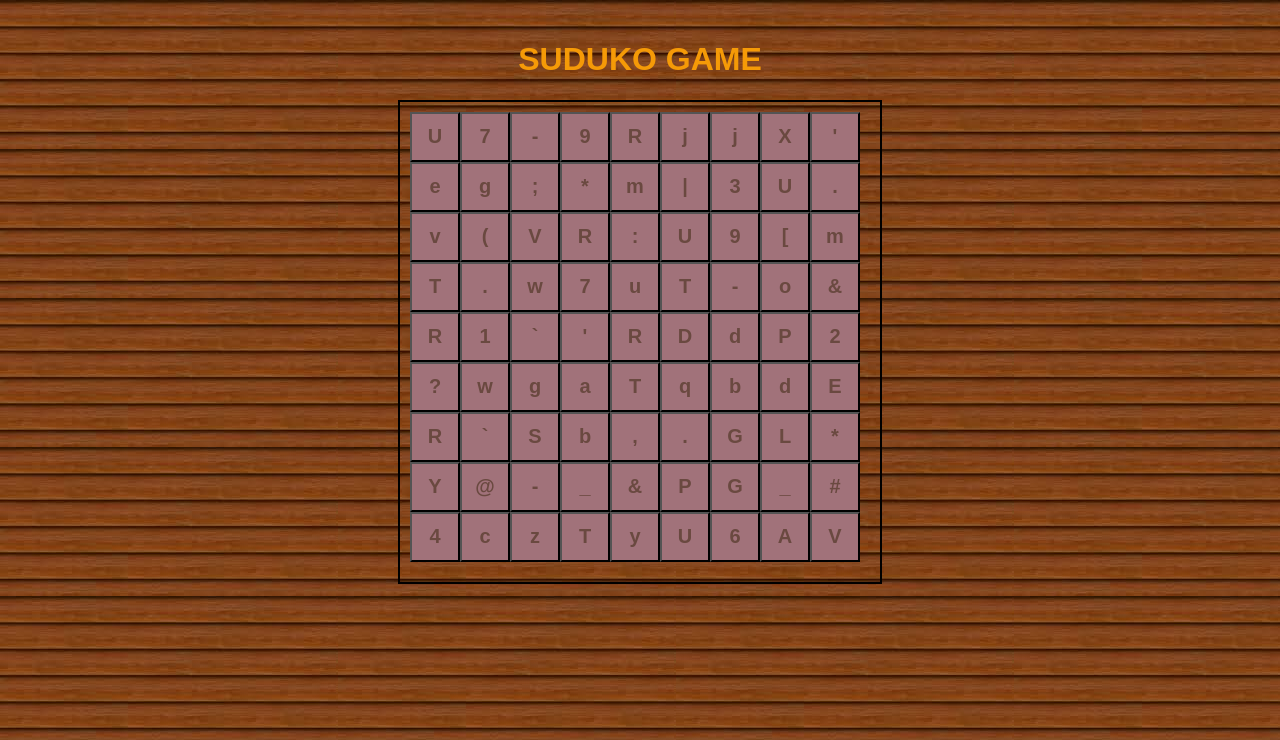
Repository: ahmad8969/Suduko-Game-React-App
Page: /
These files come from the project's save history. The page is drawn as it stood at one moment and after the next save; the edit follows.
The browser window is 1280 px wide. The pictures show the whole page.
Some web fonts or font styles are not loaded; a fallback is used. The project was rebuilt for these pictures with package versions that can differ from the ones it lists, and the page was loaded fresh each time.

Above is the page before, as saved 2021-03-11 14:09:35.

### src/index.js
import React from 'react';
import ReactDOM from 'react-dom';
import './index.css';
import Board from './board';
import reportWebVitals from './reportWebVitals';

ReactDOM.render(
  <React.StrictMode>
    <Board />
  </React.StrictMode>,
  document.getElementById('root')
);



// If you want to start measuring performance in your app, pass a function
// to log results (for example: reportWebVitals(console.log))
// or send to an analytics endpoint. Learn more: https://bit.ly/CRA-vitals
reportWebVitals();

### src/board.js
import React, { useState}  from 'react';   //{useState}
import './App.css';
import Block from './components/block'
import NineBlock from './components/nineBlockComponent';

// function useForceUpdate(){
//   const [counter,setCounter]= useState(0);
//   return setCounter(counter+1);


// }
function Board () {
  const xAxis_Selection_Array=   [];
  const yAxis_Selection_Array=   [];
  const DiagonalSelectionUpward_Selection_Array= [];
  const DiagonalSelectionUpwardLeftUp_selection_Array= [];
  const DiagonalSelectionDownward_selection_Array= [];
  const DiagonalSelectionDownwardLeftDown_selection_Array= [];
  const complete_blocks_Array = [];

  const nine_block_Element_into_Nine = [0,1,2,3,4,5,6,7,8];
  const single_block_Into_Nine = [0,1,2,3,4,5,6,7,8];
  const [getting_current_id, setGetting_current_id]=useState();
  const [Iid, setIid]=useState();
  const [Jid, setJid]=useState();
  const [isClicked,  setIsClicked]= useState(false);
  const [count,setCount]= useState(0);




  const Click = (idOfSpecificButton,i,j,click) =>{

    setGetting_current_id(idOfSpecificButton);
    setIid(i);
    setJid(j);
    setIsClicked(!click);
    setCount(count+1);
    console.log(Iid,Jid,getting_current_id);
  }

  const XaxisSelection = (i)=>{
    for(let xAxis= 0; xAxis<=8; xAxis++){
      let creatId= `${i}${xAxis}`;
      document.getElementById(creatId).style.backgroundColor="indigo";
      xAxis_Selection_Array.push(creatId);
    }
  }

  const YaxisSelection = (i)=> {
    for(let xAxis1= 0; xAxis1<=8; xAxis1++){
      let creatId=  `${xAxis1}${i}`;
      document.getElementById(creatId).style.backgroundColor="indigo";

      yAxis_Selection_Array.push(creatId);
    }
  }

  const DiagonalSelectionUpward = (selectedId)=>{
  let array_of_length= nine_block_Element_into_Nine.length;
  console.log(array_of_length);
  console.log(typeof(array_of_length));
  let get_the_id_of_current_box= parseInt(selectedId);
  console.log(get_the_id_of_current_box);
    for(let hello=get_the_id_of_current_box; hello>=0; hello-=array_of_length){
      if(hello<=9){
        if(hello===9){
          return;
        }else{
        var concatination = 0+`${hello}`;
        document.getElementById(concatination).style.backgroundColor="indigo";
        DiagonalSelectionUpward_Selection_Array.push(concatination);

      }
      } else if(hello===19 || hello===29 || hello===39 || hello===49 || hello===59 || hello===69 || hello===79){
        return;
      }
      else{
        document.getElementById(`${hello}`).style.backgroundColor="indigo";
        DiagonalSelectionUpward_Selection_Array.push(`${hello}`);

      }

    }
  }
        const DiagonalSelectionUpwardLeftUp = (selectedId)=>{
          let array_of_length= 2 + nine_block_Element_into_Nine.length;
          console.log(array_of_length);
          console.log(typeof(array_of_length));
          let get_the_id_of_current_box= parseInt(selectedId);
          console.log(get_the_id_of_current_box);
            for(let hello=get_the_id_of_current_box; hello>=0; hello-=array_of_length){
              if(hello<=9){
                var concatination = 0+`${hello}`;
                document.getElementById(concatination).style.backgroundColor="indigo";
                DiagonalSelectionUpwardLeftUp_selection_Array.push(concatination);
                return;

              } else if( hello===9 || hello===19 || hello===29 || hello===39 || hello===49 || hello===59 || hello===69 || hello===79){
                return;
              }
              else{
                document.getElementById(`${hello}`).style.backgroundColor="indigo";
                DiagonalSelectionUpwardLeftUp_selection_Array.push(`${hello}`);
              }
              console.log(DiagonalSelectionUpwardLeftUp_selection_Array);
            }

          }


        const DiagonalSelectionDownward= (selectedId)=>{
          let array_of_length= nine_block_Element_into_Nine.length;
          console.log(array_of_length);
          console.log(typeof(array_of_length));
          let get_the_id_of_current_box= parseInt(selectedId);
          console.log(get_the_id_of_current_box);
    for(let hello=get_the_id_of_current_box; hello<=88; hello+=array_of_length){
      if(hello===0){
        return;
      }
      else if(hello<=9){
        var concatination = 0+`${hello}`;
        document.getElementById(concatination).style.backgroundColor="indigo";
        DiagonalSelectionDownward_selection_Array.push(concatination);
      } else if(hello===19 || hello===29 || hello===39 || hello===49 || hello===59 || hello===69 || hello===79){
        return;
      }
      else{
        document.getElementById(`${hello}`).style.backgroundColor="indigo";
        DiagonalSelectionDownward_selection_Array.push(`${hello}`);
      }


    }console.log(DiagonalSelectionDownward_selection_Array)
        }
        const DiagonalSelectionDownwardLeftDown= (selectedId)=>{
          let array_of_length= 2 +  nine_block_Element_into_Nine.length;
  console.log(array_of_length);
  console.log(typeof(array_of_length));
  let get_the_id_of_current_box= parseInt(selectedId);
  console.log(get_the_id_of_current_box);
    for(let hello=get_the_id_of_current_box; hello<=88; hello+=array_of_length){
      if(hello === 0){
        return;
      }
      else if(hello<=9){
        var concatination = 0+`${hello}`;
        document.getElementById(concatination).style.backgroundColor="indigo";
        DiagonalSelectionDownwardLeftDown_selection_Array.push(concatination);
      } else if( hello===19 || hello===29 || hello===39 || hello===49 || hello===59 || hello===69 || hello===79){
        return;
      }
      else{
        document.getElementById(`${hello}`).style.backgroundColor="indigo";
        DiagonalSelectionDownwardLeftDown_selection_Array.push(`${hello}`);
      }

    }console.log(DiagonalSelectionDownwardLeftDown_selection_Array);
        }
        // const gettingRandomNumber = () => {
        //   let random = Math.floor(Math.random() * (65 - 90)) + 90;
        //   let character = String.fromCharCode(random);
        //   return character;
        // }

        const creatingReadOnlyBlock = () => {
          nine_block_Element_into_Nine.map((val)=>{
          return  single_block_Into_Nine.map((valu)=>{
              let valueOfId= `${val}${valu}`;
              return complete_blocks_Array.push(valueOfId);
            });
          })
        }
        const filter_two_arrays= ()=> {
          const complete_selection_array = [...xAxis_Selection_Array,
            ...yAxis_Selection_Array,
            ...DiagonalSelectionUpward_Selection_Array,
            ...DiagonalSelectionUpwardLeftUp_selection_Array,
            ...DiagonalSelectionDownward_selection_Array,
            ...DiagonalSelectionDownwardLeftDown_selection_Array
          ];
            let filteredId = complete_blocks_Array.filter((id) => !complete_selection_array.includes(id));
            filteredId.map((id) => {
              return (document.getElementById(id).disabled = true);
            });
        }

        const changeStateHandler = (getting_current_id,Iid,Jid) => {
          document.getElementById(getting_current_id).style.color="green";
          XaxisSelection(Iid);
          YaxisSelection(Jid);
          DiagonalSelectionUpward(getting_current_id);
          DiagonalSelectionDownward(getting_current_id);
          DiagonalSelectionDownwardLeftDown(getting_current_id);
          DiagonalSelectionUpwardLeftUp(getting_current_id);

        }
         if(Iid && Jid && getting_current_id !=null){
          if(count>1){
             return (

    <div className="App">
    <h1>SUDUKO GAME </h1>
    <div className="board_nine_block_Style">
    {nine_block_Element_into_Nine.map((s,i)=>{
      return(
      <div>

      <NineBlock id={i}>
        {single_block_Into_Nine.map((s,j)=>


          <Block  rowId={i}  click={Click} colId={j} keys={`${i}${j}`} isclick={isClicked}></Block>

        )}

      </NineBlock>
      </div>
      )
    })
    }
    </div>
    </div>
  );
          }
          changeStateHandler(getting_current_id,Iid,Jid);
          creatingReadOnlyBlock();
          filter_two_arrays();


        }


        // console.log(complete_selection_array);



        // console.log(complete_blocks_Array);




  return (

    <div className="App">
    <h1>SUDUKO GAME </h1>
    <div className="board_nine_block_Style">
    {nine_block_Element_into_Nine.map((s,i)=>{
      return(
      <div>

      <NineBlock id={i}>
        {single_block_Into_Nine.map((s,j)=>


          <Block  rowId={i}  click={Click} colId={j} keys={`${i}${j}`} isclick={isClicked}></Block>

        )}

      </NineBlock>
      </div>
      )
    })
    }
    </div>
    </div>
  );
}

export default Board;

### src/App.css
@import url('http://fonts.cdnfonts.com/css/game');
.App {
  text-align: center;
  background-image: url('images/download.jpg');
  color:rgb(245, 154, 7);
  padding-top:20px;
  font-family: 'GAME', sans-serif;
  /* display: flex; */
   height: 100vh !important;
  /* width: 490px !important; */
  margin: 0 auto;

}

.board_nine_block_Style{
  height: 460px !important;
  width: 460px !important;
  border:2px solid black !important;
  padding: 10px;
  margin:  auto !important;
  /* display: flex; */
  /* grid-column-gap: 0px !important;
  grid-row-gap: 0px !important;
  grid-template-columns:repeat(3,1fr)!important; */
}
.heading{
  color: white;
  text-align:center;
  padding-top:50px!important;
  /* margin-top: 10px!important; */
  font-size: 30px;

}


/* @keyframes App-logo-spin {
  from {
    transform: rotate(0deg);
  }
  to {
    transform: rotate(360deg);
  }
} */

### src/components/block.js
import React, {useState, useEffect} from 'react';

import './block.css';


const Block = ({rowId,colId,keys,click,isclick})=>{
    // var uniqueId = `${rowId}`+ `${colId}`;

    const[value, setValue]= useState()
    const[isClicked, setIsClicked]= useState(false);

    useEffect(() => {
    randomCharacters();
      }, []);
    const randomCharacters = () => {
    let random_ascii = Math.floor(Math.random() * (126 - 33 + 1)) + 33;
    let charVal = String.fromCharCode(random_ascii);
    setValue(charVal);
  };





    // const changeState = (e) => {
    //     setCounter(counter+1);

    //     if(counter == 0){
    //         props.click();
    //     setIsClicked(!isClicked);
    //     console.log(counter)
    //     }
    //     else if(counter > 0){
    //         console.log(counter)
    //         alert("jfksjfkjsalj")
    //         return;
    //     }

    // }
    const onChangeHandler = (e) =>{
        let getting_Current_Value = e.target.value;
        console.log(getting_Current_Value);
        setValue(getting_Current_Value)
    }
    const onKeyUpHandler = (e) =>{


        if(e.keyCode ===13){
            if(e.target.value ===''){
                alert("fill this");
            }else{
            setIsClicked(!isClicked);
        }
        }
    }
    const onFocusOuts = (e) =>{
        let previousValue = e.target.value;
        console.log(previousValue);
            if(previousValue === ''){
                setValue(value);
            }else{
                setValue(previousValue);
            }

    }

    if(isClicked){
        return <input className="inputStyle" value={value}
         onKeyUp={(e)=>{onKeyUpHandler(e)}}
         onChange={(e) => {onChangeHandler(e)}}
         onBlur={(e) => {onFocusOuts(e)}}
          type="text"/>;
    }

return(
    <div className="button_block">
    <button id={keys} onClick={(e)=>{setIsClicked(isclick);click(keys, rowId, colId,isClicked)}} value={value}> {value}</button>
    </div>

)
}

export default Block;

### src/components/nineBlockComponent.js
import React from 'react';
// import Block from './block'
import './block.css'

const NineBlockBox = (props) =>{

    return (
        <div className="nine_block_Style">
            {props.children}
        </div>
    )
}
export default NineBlockBox;




// {single_block_Into_Nine.map((s,i)=>{
//     let random = Math.floor(Math.random() * (49 - 57)) + 57;
//     const character = String.fromCharCode(random);

//   return(
//     <div>
//       {/* <Block keyId={i} boardId={props.id}  number={character}/> */}
//       {props.children}
//       </div>
//   )
//   })}

### src/components/block.css
.button_block button {
  height: 50px !important;
  width: 50px !important;
  /* background-image: url('../images/wood.jpg'); */
  /* background-color: aquamarine !important; */
  margin: 0 !important;
  font-size: 20px !important;
  font-weight: 600;
  /* color:rgb(109,84,62); */
  color: #6a4940;
  background-color: rgb(161, 114, 122);
}
.nine_block_Style {
  /* height: 150px !important;
    width: 150px !important; */
  /* border:2px solid rgb(245, 154, 7) !important; */
  display: flex;
  /* margin: auto!important; */

  /* grid-template-columns:repeat(3,1fr)!important;
    grid-column-gap: 0px !important;
    grid-row-gap: 0px !important; */
}
.button_block1 {
  height: 40px !important;
  width: 40px !important;
  /* background-image: url('../images/wood.jpg'); */
  /* background-color: aquamarine !important; */
  margin: 0 !important;
  font-size: 20px !important;
  font-weight: 600;
  /* border:2px solid black; */
  /* color:rgb(109,84,62); */
  color: #6a4940;
}
.inputStyle {
  width: 42.7px !important;
  height: 44px !important;
  font-size: 20px !important;
  font-weight: 600;
  color: white;
  /* padding: auto!important; */
  text-align: center !important;
  background-color: green !important;
}

Loaded but not shown: public/index.html (common file); src/index.css (common file); src/reportWebVitals.js (common file)

After the next save:
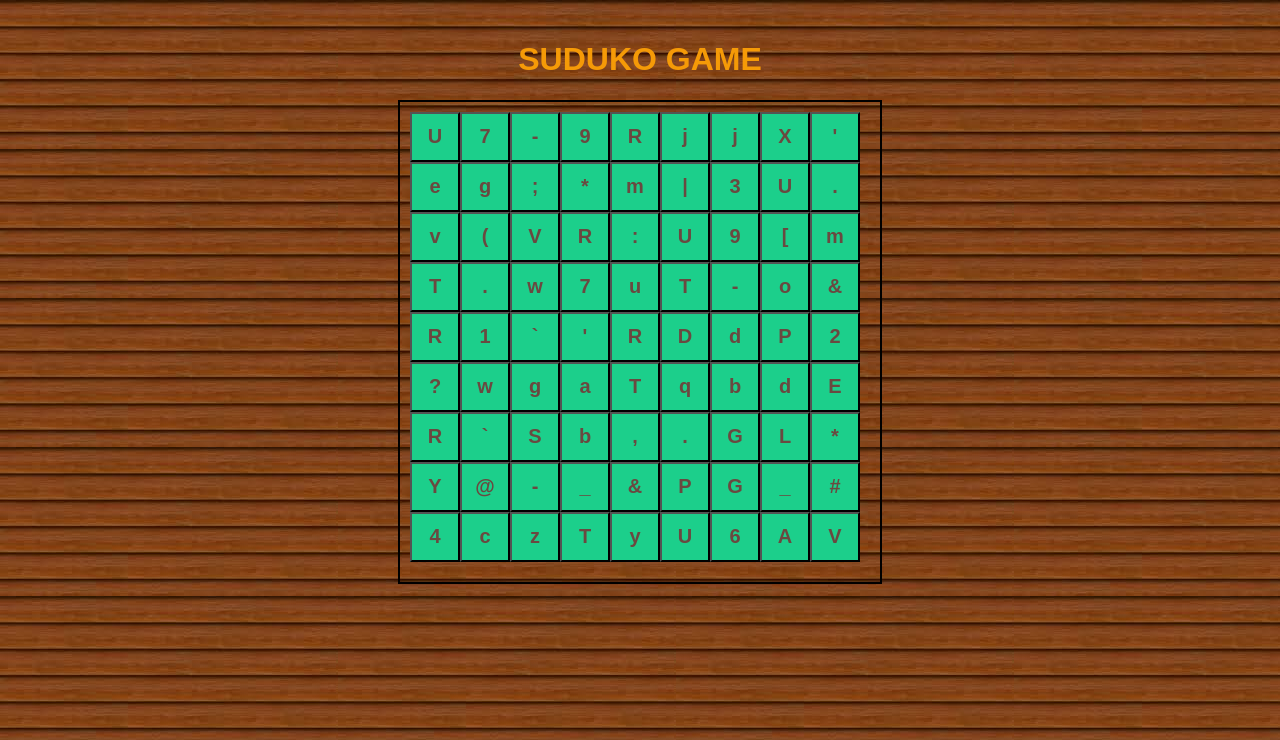
Saved 3 s later.
--- a/src/components/block.css
+++ b/src/components/block.css
@@ -8,7 +8,7 @@
   font-weight: 600;
   /* color:rgb(109,84,62); */
   color: #6a4940;
-  background-color: rgb(161, 114, 122);
+  background-color: rgb(28, 207, 139);
 }
 .nine_block_Style {
   /* height: 150px !important;
